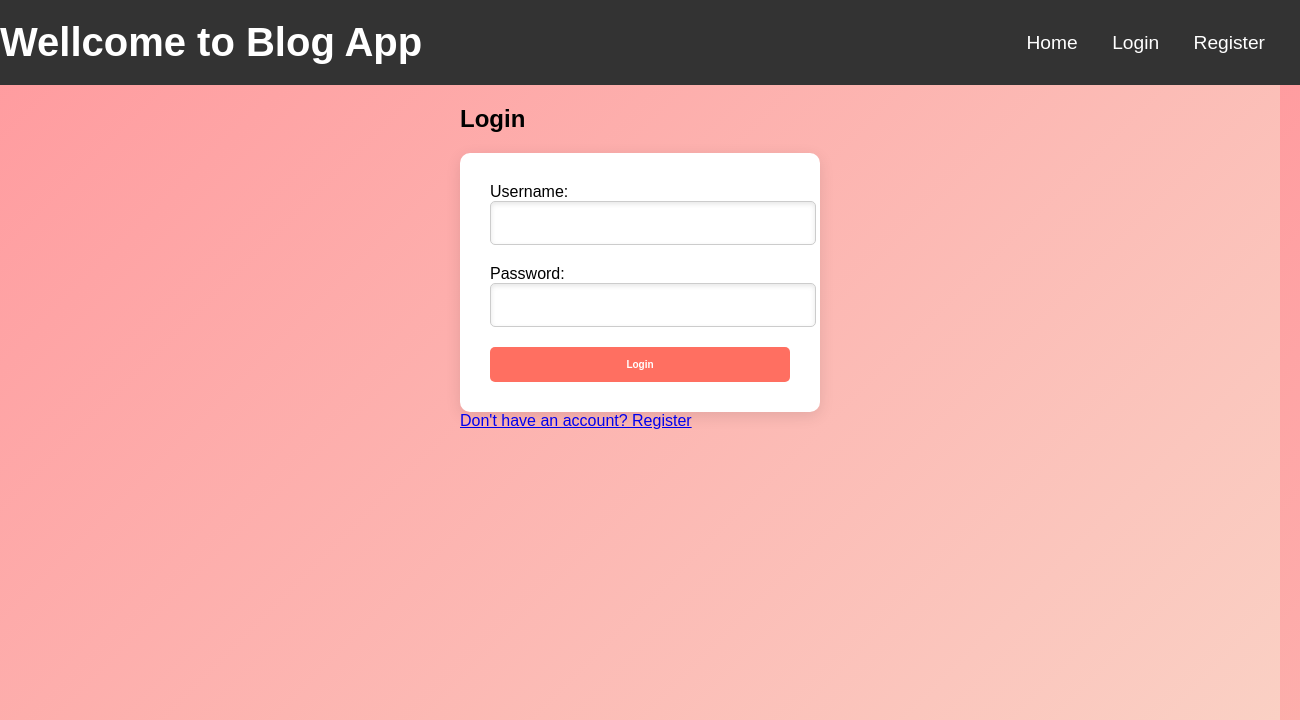
Repository: kapucuonur/blog_App
Page: users/templates/users/login.html
An editor plug-in stored every save of this project. The page is shown before and after the next save, followed by the edit.
The browser window is 1280 px wide. The page is 1300 px wide, so the pictures cover 1300 px, including what lies to the right of the window. The pictures show the whole page.
The template is drawn by Django 4.2. The application's start-up code is not run. Other server files are loaded and not shown. The template is opened directly, without the code that normally fills it, so the values that code supplies are empty.

Above is the page before, as saved 2025-01-28 13:26:46.

### users/templates/users/login.html
{% extends 'posts/base.html' %}

{% block content %}
    <h2>Login</h2>
    <form method="post">
        {% csrf_token %}

        {% if error %}
            <p style="color: red;">{{ error }}</p>
        {% endif %}

        <label for="id_username">Username:</label>
        <input type="text" name="username" id="id_username" required>

        <label for="id_password">Password:</label>
        <input type="password" name="password" id="id_password" required>

        <button type="submit">Login</button>
    </form>

    <a href="{% url 'register' %}">Don't have an account? Register</a>
{% endblock %}

### posts/templates/posts/base.html
{% load static %}
<!DOCTYPE html>
<html lang="en">
<head>
    <meta charset="UTF-8">
    <meta name="viewport" content="width=device-width, initial-scale=1.0">
    <title>Blog App</title>
    <link rel="stylesheet" href="{% static 'css/styles.css' %}">
</head>
<body>
    <header>
        <h1> Wellcome to Blog App</h1>
        <nav>
            <a href="{% url 'index' %}">Home</a>
            {% if user.is_authenticated %}
                <a href="{% url 'logout' %}">Logout</a>
            {% else %}
                <a href="{% url 'login' %}">Login</a>
                <a href="{% url 'register' %}">Register</a>
            {% endif %}
        </nav>
    </header>
    <main>
        {% block content %}
        {% endblock %}
    </main>
</body>
</html>

### static/css/styles.css
/* General styling */
body {
    font-family: Arial, sans-serif;
    margin: 0;
    padding: 0;
    display: flex;
    flex-direction: column;
    align-items: center;
    justify-content: flex-start;
    height: 100vh;
    background: linear-gradient(135deg, #ff9a9e, #fad0c4);
    animation: backgroundMove 5s infinite alternate;
    box-sizing: border-box;
}

@keyframes backgroundMove {
    from {
        background-position: 0% 50%;
    }
    to {
        background-position: 100% 50%;
    }
}

/* Header and Navigation */
header {
    width: 100%;
    background-color: #333;
    color: white;
    padding: 20px;
    display: flex;
    justify-content: space-between;
    align-items: center;
}

header h1 {
    margin: 0;
    font-size: 2.5rem;
}

nav a {
    color: white;
    margin: 0 15px;
    text-decoration: none;
    font-size: 1.2rem;
    transition: color 0.3s ease;
}

nav a:hover {
    color: #ff6f61;
}

/* Welcome message styling */
.welcome-message {
    text-align: center;
    margin-top: 30px;
    color: #444;
}

.welcome-message h2 {
    font-size: 2rem;
    color: #333;
}

.welcome-message p {
    font-size: 1.2rem;
    color: #555;
}

/* Posts container */
.posts-container {
    display: flex;
    justify-content: center;
    margin-top: 30px;
}

.posts {
    width: 70%;
    max-width: 800px;
}

.post {
    background-color: #fff;
    padding: 20px;
    margin-bottom: 20px;
    border-radius: 10px;
    box-shadow: 0 4px 15px rgba(0, 0, 0, 0.1);
}

.post h4 {
    margin: 0;
    font-size: 1.5rem;
    color: #333;
}

.post p {
    font-size: 1.2rem;
    color: #555;
}

.author {
    font-size: 1rem;
    color: #777;
    margin-top: 10px;
    font-style: italic;
}

/* Form styling */
form {
    background: #fff;
    padding: 30px;
    border-radius: 10px;
    box-shadow: 0 4px 15px rgba(0, 0, 0, 0.1);
    width: 300px;
    animation: slideDown 0.6s ease-in-out;
}

/* Heading inside the form */
form h2 {
    margin-bottom: 20px;
    color: #444;
    text-align: center;
    animation: fadeIn 1s ease-in-out;
}

/* Input styling */
form input {
    width: 100%;
    padding: 12px;
    margin-bottom: 20px;
    border: 1px solid #ccc;
    border-radius: 5px;
    font-size: 16px;
    box-shadow: inset 0 2px 5px rgba(0, 0, 0, 0.1);
    transition: border-color 0.3s ease, box-shadow 0.3s ease;
}

form input:focus {
    border-color: #ff6f61;
    box-shadow: 0 0 8px rgba(255, 111, 97, 0.5);
    outline: none;
}

/* Button styling */
form button {
    width: 100%;
    padding: 12px;
    background: #ff6f61;
    color: white;
    border: none;
    border-radius: 5px;
    font-size: 10px;
    font-weight: bold;
    cursor: pointer;
    transition: background 0.3s ease, transform 0.2s ease;
}

form button:hover {
    background: #e64c3c;
    transform: translateY(-2px);
}

/* Link styling */
form a {
    display: block;
    text-align: center;
    margin-top: 15px;
    text-decoration: none;
    color: #555;
    font-size: 14px;
    transition: color 0.3s ease;
}

form a:hover {
    color: #ff6f61;
}

/* Animations */
@keyframes slideDown {
    from {
        opacity: 0;
        transform: translateY(-20px);
    }
    to {
        opacity: 1;
        transform: translateY(0);
    }
}

@keyframes fadeIn {
    from {
        opacity: 0;
    }
    to {
        opacity: 1;
    }
}

After the next save:
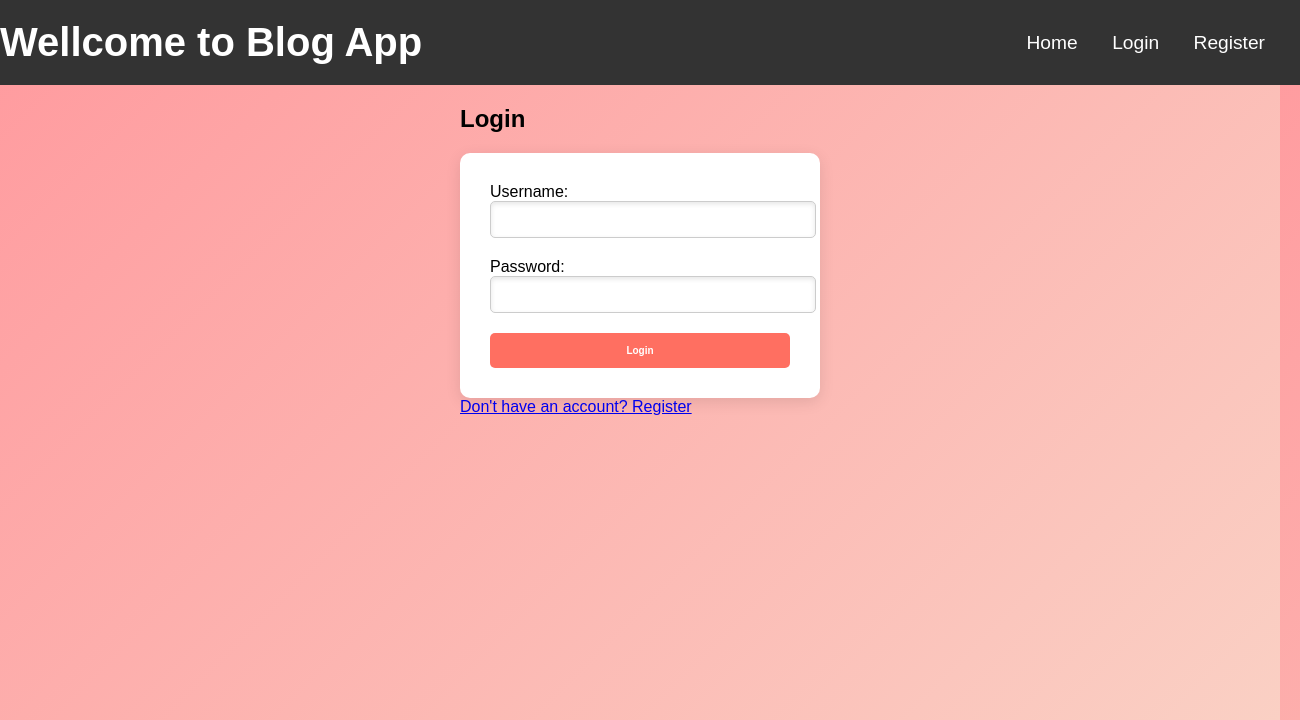
Saved 15 s later.
--- a/static/css/styles.css
+++ b/static/css/styles.css
@@ -130,7 +130,7 @@ form input {
     margin-bottom: 20px;
     border: 1px solid #ccc;
     border-radius: 5px;
-    font-size: 16px;
+    font-size: 10px;
     box-shadow: inset 0 2px 5px rgba(0, 0, 0, 0.1);
     transition: border-color 0.3s ease, box-shadow 0.3s ease;
 }
